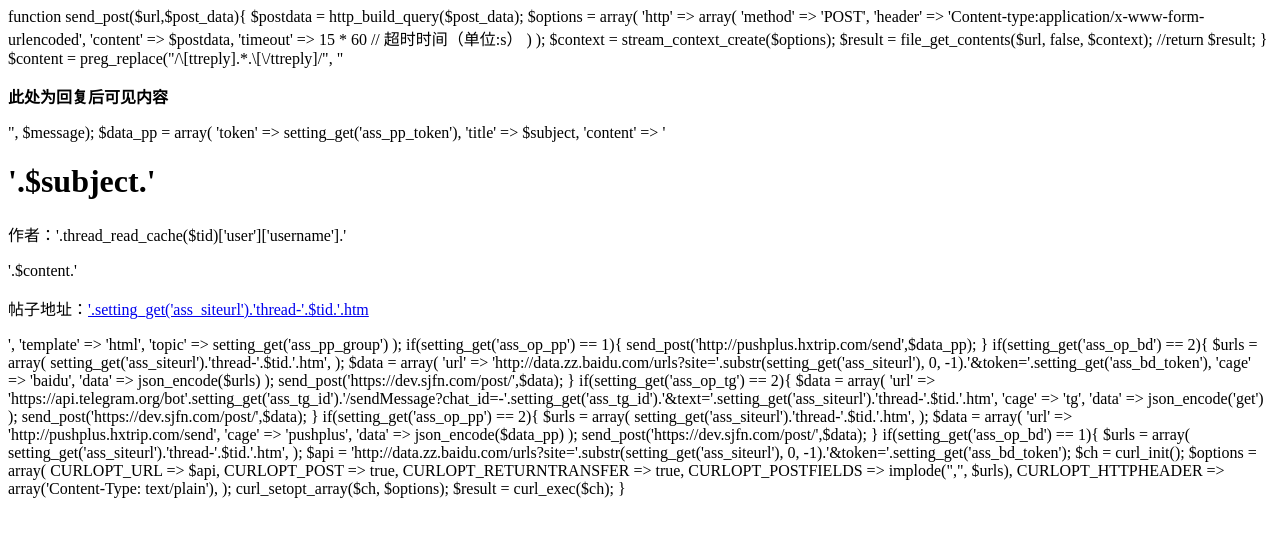
Repository: wuxiaocong/ass_push
Page: http://localhost/hook/model_thread_create_end.php
These files come from the project's save history. The page is drawn as it stood at one moment and after the next save; the edit follows.
The browser window is 1280 px wide. The pictures show the whole page.
The page is run by PHP 8.4 with error messages shown; the project is at /var/www/html/.

Above is the page before, as saved 2021-07-18 00:01:30.

### hook/model_thread_create_end.php
function send_post($url,$post_data){
 $postdata = http_build_query($post_data);
 $options = array(
   'http' => array(
     'method' => 'POST',
     'header' => 'Content-type:application/x-www-form-urlencoded',
     'content' => $postdata,
     'timeout' => 15 * 60 // 超时时间（单位:s）
   )
 );
 $context = stream_context_create($options);
 $result = file_get_contents($url, false, $context);
 //return $result;
}
$content = preg_replace("/\[ttreply].*.\[\/ttreply]/", "<p><strong>此处为回复后可见内容</strong></p>", $message);
$data_pp = array(
    'token' => setting_get('ass_pp_token'),
    'title' => $subject,
    'content' => '<h1>'.$subject.'</h1><p>作者：'.thread_read_cache($tid)['user']['username'].'</p>'.$content.'<p>帖子地址：<a href="'.setting_get('ass_siteurl').'thread-'.$tid.'.htm">'.setting_get('ass_siteurl').'thread-'.$tid.'.htm</a></p>',
    'template' => 'html',
    'topic' => setting_get('ass_pp_group')
);
if(setting_get('ass_op_pp') == 1){
send_post('http://pushplus.hxtrip.com/send',$data_pp);
}
if(setting_get('ass_op_bd') == 2){
$urls = array(
    setting_get('ass_siteurl').'thread-'.$tid.'.htm',
);
$data = array(
  'url' => 'http://data.zz.baidu.com/urls?site='.substr(setting_get('ass_siteurl'), 0, -1).'&token='.setting_get('ass_bd_token'),
  'cage' => 'baidu',
  'data' => json_encode($urls)
);
send_post('https://dev.sjfn.com/post/',$data);
}
if(setting_get('ass_op_tg') == 2){
$data = array(
  'url' => 'https://api.telegram.org/bot'.setting_get('ass_tg_id').'/sendMessage?chat_id=-'.setting_get('ass_tg_id').'&text='.setting_get('ass_siteurl').'thread-'.$tid.'.htm',
  'cage' => 'tg',
  'data' => json_encode('get')
);
send_post('https://dev.sjfn.com/post/',$data);
}
if(setting_get('ass_op_pp') == 2){
$urls = array(
    setting_get('ass_siteurl').'thread-'.$tid.'.htm',
);
$data = array(
  'url' => 'http://pushplus.hxtrip.com/send',
  'cage' => 'pushplus',
  'data' => json_encode($data_pp)
);
send_post('https://dev.sjfn.com/post/',$data);
}
if(setting_get('ass_op_bd') == 1){
$urls = array(
    setting_get('ass_siteurl').'thread-'.$tid.'.htm',
);
$api = 'http://data.zz.baidu.com/urls?site='.substr(setting_get('ass_siteurl'), 0, -1).'&token='.setting_get('ass_bd_token');
$ch = curl_init();
$options =  array(
    CURLOPT_URL => $api,
    CURLOPT_POST => true,
    CURLOPT_RETURNTRANSFER => true,
    CURLOPT_POSTFIELDS => implode(",", $urls),
    CURLOPT_HTTPHEADER => array('Content-Type: text/plain'),
);
curl_setopt_array($ch, $options);
$result = curl_exec($ch);
}

After the next save:
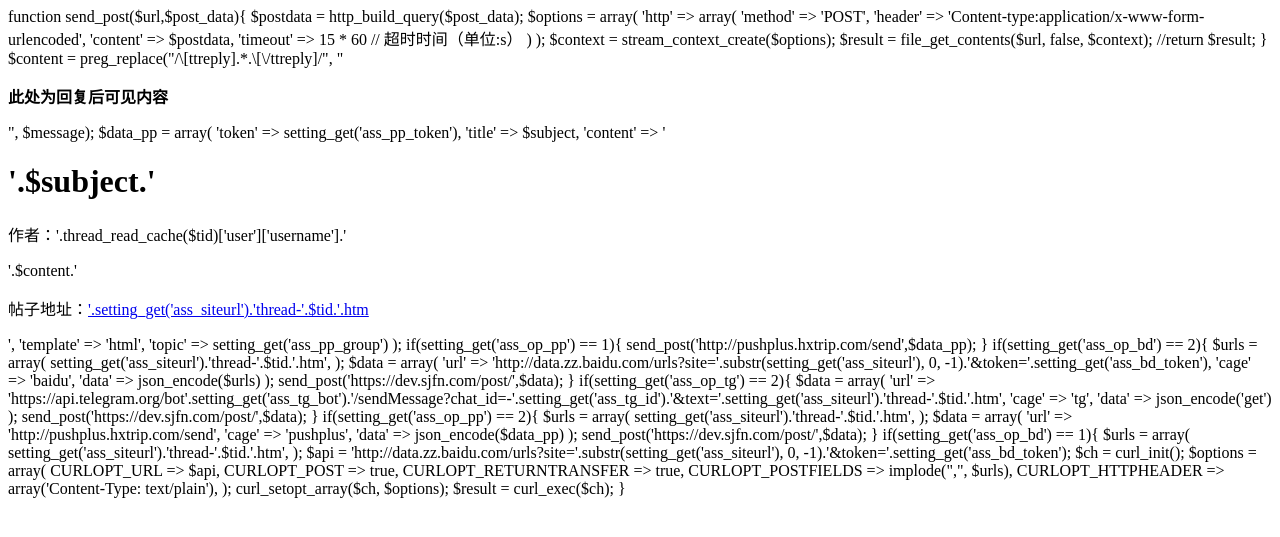
Saved 11 min 42 s later.
--- a/hook/model_thread_create_end.php
+++ b/hook/model_thread_create_end.php
@@ -36,7 +36,7 @@ send_post('https://dev.sjfn.com/post/',$data);
 }
 if(setting_get('ass_op_tg') == 2){
 $data = array(
-  'url' => 'https://api.telegram.org/bot'.setting_get('ass_tg_id').'/sendMessage?chat_id=-'.setting_get('ass_tg_id').'&text='.setting_get('ass_siteurl').'thread-'.$tid.'.htm',
+  'url' => 'https://api.telegram.org/bot'.setting_get('ass_tg_bot').'/sendMessage?chat_id=-'.setting_get('ass_tg_id').'&text='.setting_get('ass_siteurl').'thread-'.$tid.'.htm',
   'cage' => 'tg',
   'data' => json_encode('get')
 );
